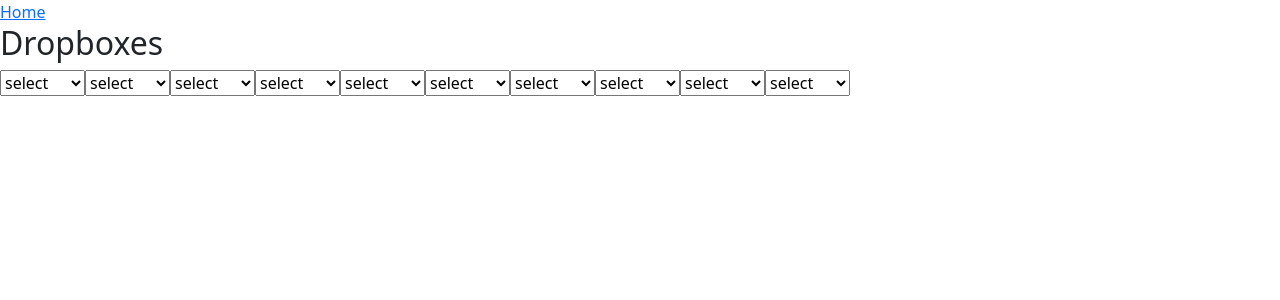
Repository: ishanbassi/iotasol-assignments
Page: /iotasol/work-9
An editor plug-in stored every save of this project. The page is shown before and after the next save, followed by the edit.
The browser window is 1280 px wide. The pictures show the whole page.
The project was rebuilt for these pictures with package versions that can differ from the ones it lists, and the page was loaded fresh each time. The framework's server and built-in components were replaced by stand-ins that run in the browser. Also part of the build but not shown: styles/global.css.

Above is the page before, as saved 2023-01-31 13:27:52.

### pages/_app.tsx
import "../styles/global.css"
import 'bootstrap/dist/css/bootstrap.min.css';
import Link from "next/link";
export default function App({Component,ComponentProps}){
    return(
        <>
            <Link href={'/'}>Home</Link>
            <Component {...ComponentProps}/>
        </>
    )
}

### pages/iotasol/work-9.tsx
import { useEffect, useState, useRef, ChangeEvent } from "react"

export default function App() {
    const [dropDownValues,setDropDownValues] = useState([])
    const dropDownValuesRef = useRef([])
    useEffect(() => {
        let arr = []
        for(let i=0; i < 10;i++){
            arr.push(['select' ,'value 1','value 2','value 3','value 4','value 5','value 6','value 7','value 8','value 9','value 10'])
        }
        setDropDownValues(arr)
        dropDownValuesRef.current = arr
    }, [])
    const updateList = (e:ChangeEvent<HTMLSelectElement>,j:number) => {

        let arrCopy = dropDownValuesRef.current.map((arr,i) => {

            if(i===j) return arr
            return arr.filter(val => val !== e.target.value)
        })
        console.log(arrCopy)
        setDropDownValues(arrCopy)

    }
    return(
        <>
            <h2>Dropboxes</h2>
            {dropDownValues.map((val,j) => {
                return(
                    <select name="dropbox" key={j} onChange={ e => updateList(e,j)}>
                    { val.map((v, i) => {

                        return (
                                <option key={v} value={v} >{v}</option>
                        )
                    })}
                    </select>
            )})}
        </>

    )
}

After the next save:
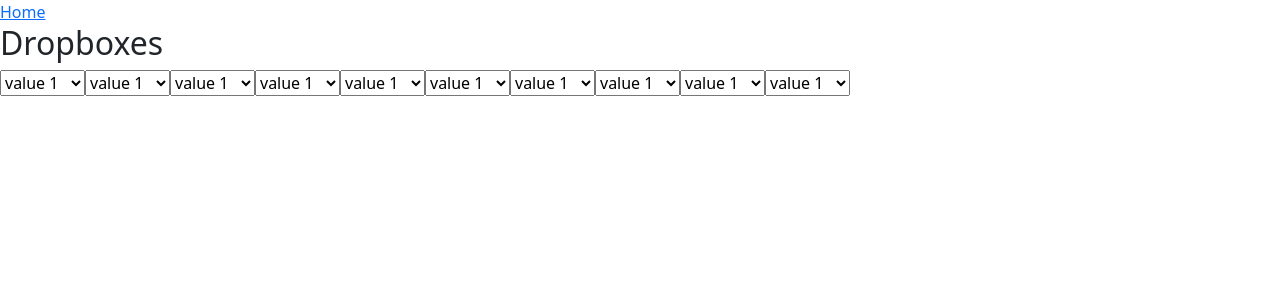
Saved 2 min 37 s later.
--- a/pages/iotasol/work-9.tsx
+++ b/pages/iotasol/work-9.tsx
@@ -6,7 +6,7 @@
     useEffect(() => {
         let arr = []
         for(let i=0; i < 10;i++){
-            arr.push(['select' ,'value 1','value 2','value 3','value 4','value 5','value 6','value 7','value 8','value 9','value 10'])
+            arr.push(['value 1','value 2','value 3','value 4','value 5','value 6','value 7','value 8','value 9','value 10'])
         }
         setDropDownValues(arr)
         dropDownValuesRef.current = arr

After the 2 saves that followed:
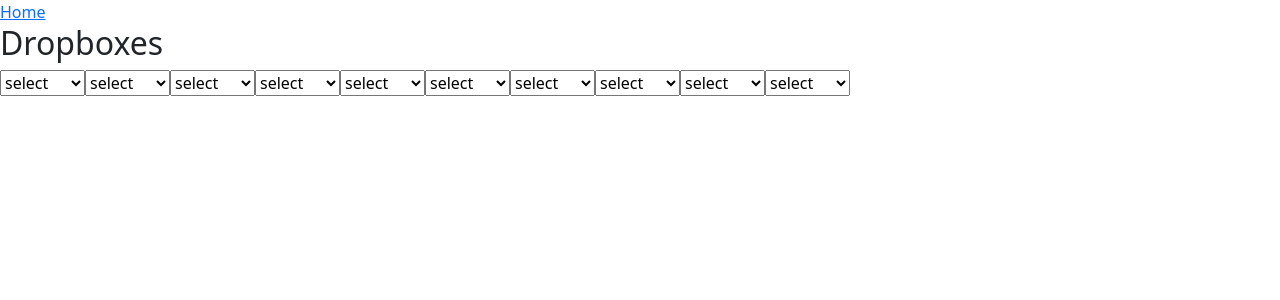
The 2 saves are shown as one change because 1 left the picture as it was.
The last was saved 4 min 17 s later.
--- a/pages/iotasol/work-9.tsx
+++ b/pages/iotasol/work-9.tsx
@@ -6,16 +6,16 @@
     useEffect(() => {
         let arr = []
         for(let i=0; i < 10;i++){
-            arr.push(['value 1','value 2','value 3','value 4','value 5','value 6','value 7','value 8','value 9','value 10'])
+            arr.push(['select','value 1','value 2','value 3','value 4','value 5','value 6','value 7','value 8','value 9','value 10'])
         }
         setDropDownValues(arr)
         dropDownValuesRef.current = arr
     }, [])
-    const updateList = (e:ChangeEvent<HTMLSelectElement>,j:number) => {
+    const updateList = (e:ChangeEvent<HTMLSelectElement>) => {
 
         let arrCopy = dropDownValuesRef.current.map((arr,i) => {
 
-            if(i===j) return arr
+
             return arr.filter(val => val !== e.target.value)
         })
         console.log(arrCopy)
@@ -27,7 +27,7 @@
             <h2>Dropboxes</h2>
             {dropDownValues.map((val,j) => {
                 return(
-                    <select name="dropbox" key={j} onChange={ e => updateList(e,j)}>
+                    <select name="dropbox" key={j} onChange={ e => updateList(e)}>
                     { val.map((v, i) => {
 
                         return (
